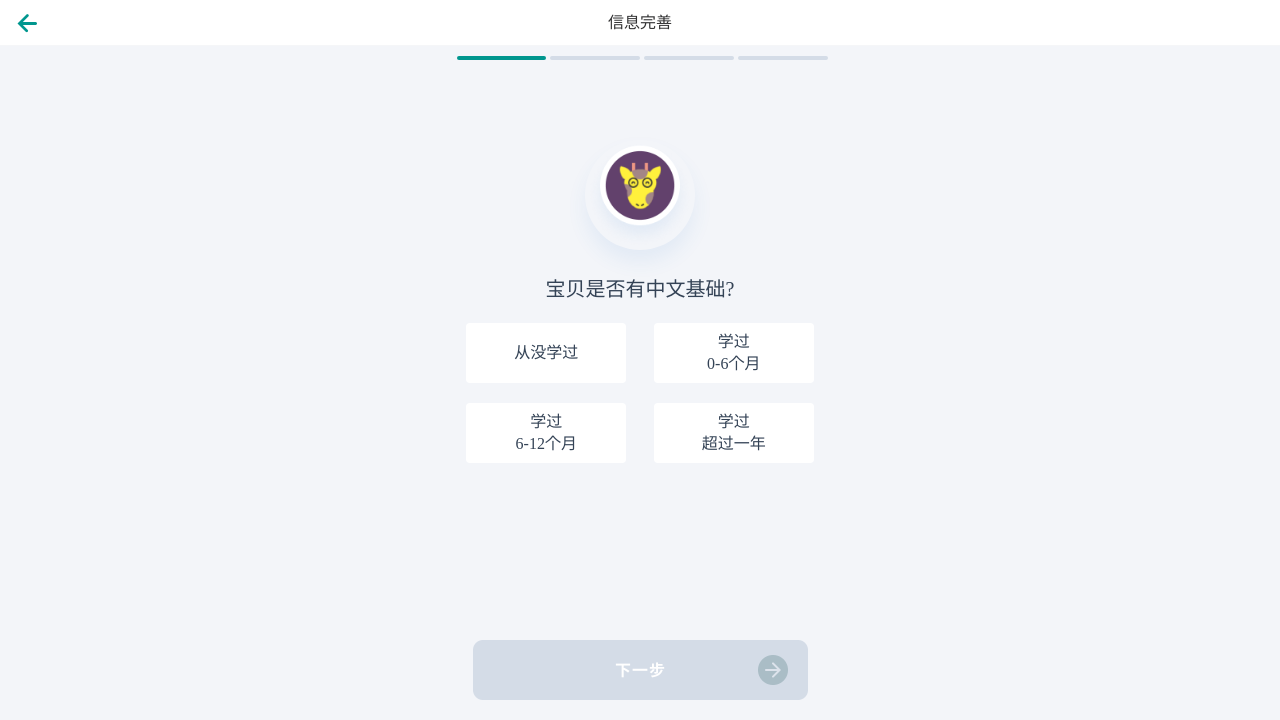
Repository: huangjf1/1
Page: /
An editor plug-in stored every save of this project. The page is shown before and after the next save, followed by the edit.
The browser window is 1280 px wide. The pictures show the whole page.
The project was rebuilt for these pictures with package versions that can differ from the ones it lists, and the page was loaded fresh each time. Also part of the build but not shown: vue.config.js.

Above is the page before, as saved 2021-08-24 11:37:06.

After the next save:
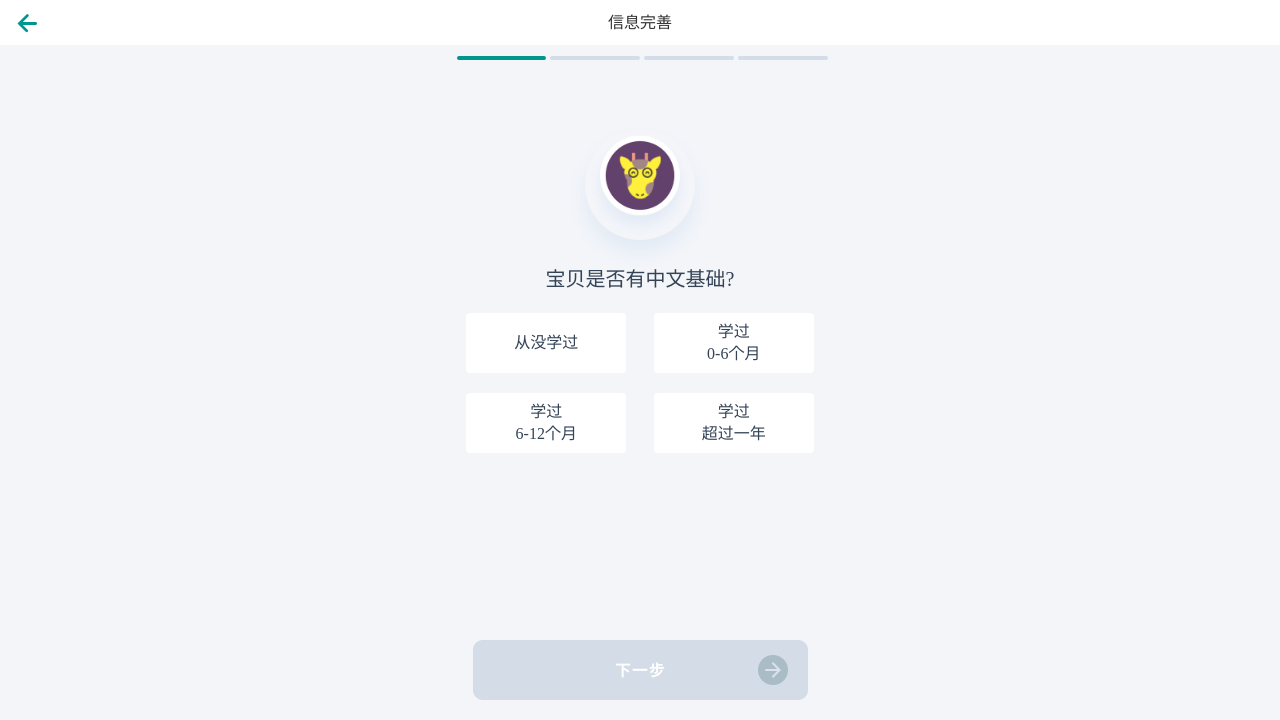
Saved 8 s later.
--- a/src/views/index.vue
+++ b/src/views/index.vue
@@ -413,7 +413,7 @@ export default {
         height: 110px;
         border-radius: 50%;
         box-shadow: 0px 12px 19px rgba(60, 128, 209, 0.0851449);
-        margin-top: 80px;
+        margin-top: 70px;
       }
       .btn {
         width: 335px;
